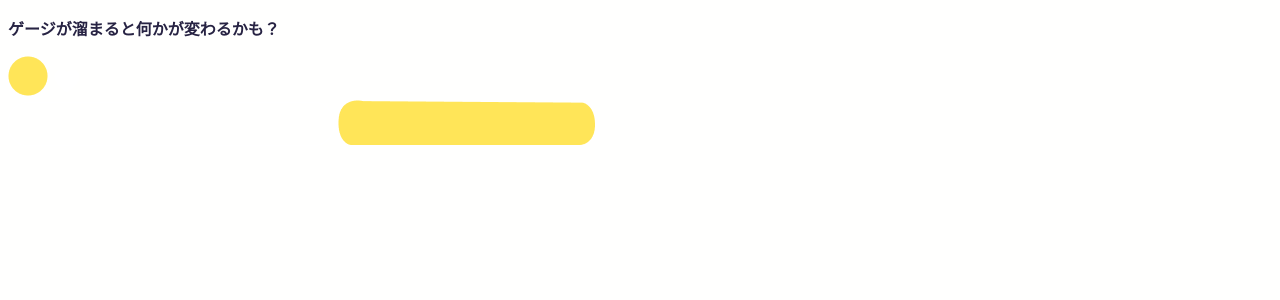
Repository: misaki0919/Self-care
Page: home_page.html
An editor plug-in stored every save of this project. The page is shown before and after the next save, followed by the edit.
The browser window is 1280 px wide. The pictures show the whole page.
Some web fonts or font styles are not loaded; a fallback is used.

Above is the page before, as saved 2026-07-20 18:52:56.

After the next save:
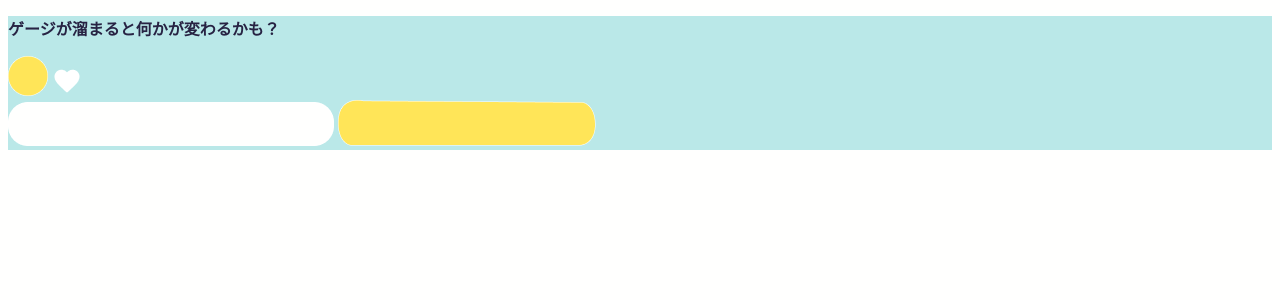
Saved 25 s later.
--- a/home_page.html
+++ b/home_page.html
@@ -4,7 +4,7 @@
     <meta charset="UTF-8">
     <meta name="viewport" content="width=device-width, initial-scale=1.0">
     <title>ホーム画面</title>
-    <link href="css/support.css" rel="stylesheet">
+    <link href="css/home_page.css" rel="stylesheet">
     <link rel="preconnect" href="https://fonts.googleapis.com">
     <link rel="preconnect" href="https://fonts.gstatic.com" crossorigin>
     <link href="https://fonts.googleapis.com/css2?family=Archivo+Black&family=Noto+Serif+JP:wght@200..900&family=Zen+Maru+Gothic&display=swap" rel="stylesheet">
